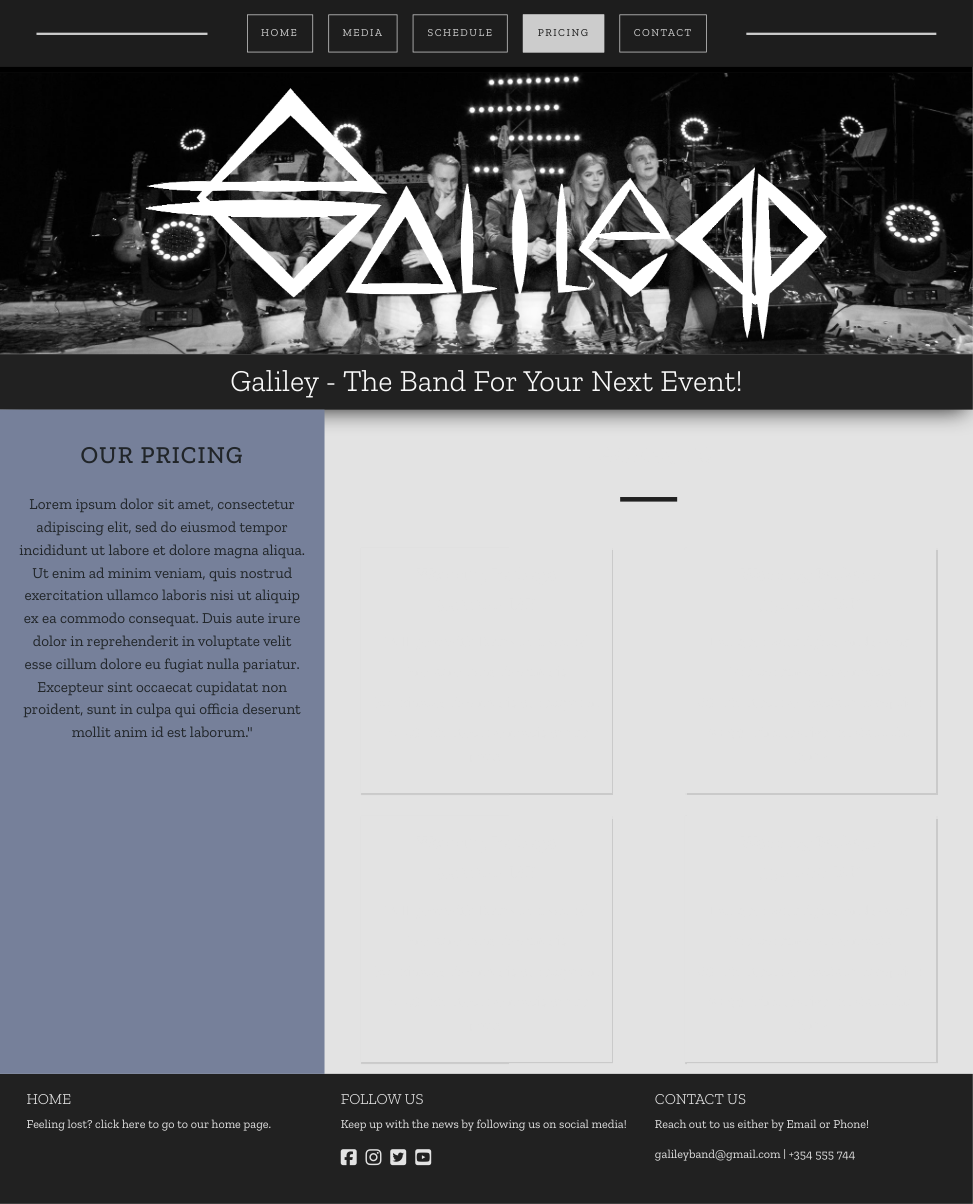
Repository: HeimirDavid/Galiley-Website
Page: pricing.html
The author's editor kept a record of every edit. The page is drawn from the files as they stood at one moment, then again after the next edit.
The browser window is 1280 px wide. The pictures show the whole page, at 76% of full size.
Some web libraries are served in a nearby version.

Above is the page before.

### pricing.html
<!DOCTYPE html>
<html lang="en">

<head>
    <meta charset="UTF-8">
    <meta name="viewport" content="width=device-width, initial-scale=1.0">
    <meta http-equiv="X-UA-Compatible" content="ie=edge">

    <link rel="stylesheet" href="https://stackpath.bootstrapcdn.com/bootstrap/4.3.1/css/bootstrap.min.css" integrity="sha384-ggOyR0iXCbMQv3Xipma34MD+dH/1fQ784/j6cY/iJTQUOhcWr7x9JvoRxT2MZw1T" crossorigin="anonymous">
    <link rel="stylesheet" href="https://cdnjs.cloudflare.com/ajax/libs/hover.css/2.3.1/css/hover-min.css" type="text/css" />
    <link rel="stylesheet" href="assets/css/style.css" type="text/css" />

    <script src="https://code.jquery.com/jquery-3.3.1.slim.min.js" integrity="sha384-q8i/X+965DzO0rT7abK41JStQIAqVgRVzpbzo5smXKp4YfRvH+8abtTE1Pi6jizo" crossorigin="anonymous"></script>
    <script src="https://cdnjs.cloudflare.com/ajax/libs/popper.js/1.14.7/umd/popper.min.js" integrity="sha384-UO2eT0CpHqdSJQ6hJty5KVphtPhzWj9WO1clHTMGa3JDZwrnQq4sF86dIHNDz0W1" crossorigin="anonymous"></script>
    <script src="https://stackpath.bootstrapcdn.com/bootstrap/4.3.1/js/bootstrap.min.js" integrity="sha384-JjSmVgyd0p3pXB1rRibZUAYoIIy6OrQ6VrjIEaFf/nJGzIxFDsf4x0xIM+B07jRM" crossorigin="anonymous"></script>
    <script src="https://kit.fontawesome.com/2ea8c5e5d2.js" crossorigin="anonymous"></script>

    <title>Galiley</title>
</head>

<body>
    <header>
        <!------ Header Navigation Menu, Mainly written with bootstrap  ------>
        <div class="row no-gutters">
            <div class="col black-container">
                <nav class="navbar fixed-top navbar-expand-md navbar-dark bg-dark" id="navbar-black-color"> <!-- Navbar position with help of this  -->
                    <a class="navbar-brand" href="index.html">Galiley - Home</a>                            <!-- tutorial: https://www.youtube.com/watch?v=NzjU1GmKosQ&t=90s  -->
                    <button class="navbar-toggler" type="button" data-toggle="collapse" data-target="#navbarSupportedContent" aria-controls="navbarSupportedContent" aria-expanded="false" aria-label="Toggle navigation">
                    <span class="navbar-toggler-icon"></span></button>
                    <div class="collapse navbar-collapse" id="navbarSupportedContent">
                        <ul class="navbar-nav m-auto">
                            <li class="nav-item menuitem">
                                <a class="nav-link" href="index.html"><span>Home</span></a>
                            </li>
                            <li class="nav-item menuitem">
                                <a class="nav-link" href="media.html"><span>Media</span></a>
                            </li>
                            <li class="nav-item menuitem">
                                <a class="nav-link" href="schedule.html"><span>Schedule</span></a>
                            </li>
                            <li class="nav-item menuitem active-item">
                                <a class="nav-link" href="pricing.html"><span>Pricing</span></a>
                            </li>
                            <li class="nav-item menuitem">
                                <a class="nav-link" href="contact.html"><span>Contact</span></a>
                            </li>
                        </ul>
                    </div>
                </nav>
            </div>
        </div>

        <!------ Header Logo Image ------>
        <div class="logo-container">
            <div class="row no-gutters">
                <div class="col header-background-img">
                    <a href="#">
                    <img class="logo-white" src="assets/images/galiley_vit.png">
                </a>
                </div>
            </div>
        </div>

        <!------ Header Text  ------>
        <div class="row no-gutters">
            <div class="col h1-heading">
                <h1>Galiley - The Band For Your Next Event!</h1>
            </div>
        </div>
    </header>

    <section class="container-fluid">
        <div class="row no-gutters">
            <div class="col-md-4">
                <div class="col-12 grey-blue text-center pricing-col">
                    <h2 class="header-h2 uppercase">Our Pricing</h2>
                    <p class="p-text">Lorem ipsum dolor sit amet, consectetur adipiscing elit, sed do eiusmod tempor incididunt
                    ut labore et dolore magna aliqua. Ut enim ad minim veniam, quis nostrud exercitation ullamco
                    laboris nisi ut aliquip ex ea commodo consequat. Duis aute irure dolor in reprehenderit in
                    voluptate velit esse cillum dolore eu fugiat nulla pariatur. Excepteur sint occaecat cupidatat
                    non proident, sunt in culpa qui officia deserunt mollit anim id est laborum."</p>
                </div>
            </div>
            <div class="col-md-8">
                <div class="row package-header-row">
                    <div class="col text-center">
                        <h2 class="header-h2 uppercase">Packages</h2>
                        <hr class="block-devider">
                    </div>
                </div>
                <div class="row package-row">
                    <div class="col-10 offset-1 offset-sm-0 col-sm-4 col-md-6 d-flex justify-content-center">
                        <div class="col-10 text-center p-text package-cards">
                            <h4 class="header-h4">Wedding Package</h4>
                            <h5 class="header-h5">350.000 ISK</h5>
                            <ul>
                                <li>Full gear with lights and sound</li>
                                <li>Pre-ceremony live music</li>
                                <li>60 minutes live music at reception</li>
                                <li>2x 90 minutes live music at the party</li>
                            </ul>
                        </div>
                    </div>
                    <div class="col-10 offset-1 offset-sm-0 col-sm-4 col-md-6 d-flex justify-content-center">
                        <div class="col-10 text-center p-text package-cards">
                            <h4 class="header-h4">Wedding Package</h4>
                            <h5 class="header-h5">350.000 ISK</h5>
                            <ul>
                                <li>Full gear with lights and sound</li>
                                <li>Pre-ceremony live music</li>
                                <li>60 minutes live music at reception</li>
                                <li>2x 90 minutes live music at the party</li>
                            </ul>
                        </div>
                    </div>
                    <div class="col-10 offset-1 offset-sm-0 col-sm-4 col-md-6 d-flex justify-content-center">
                        <div class="col-10 text-center p-text package-cards">
                            <h4 class="header-h4">Wedding Package</h4>
                            <h5 class="header-h5">350.000 ISK</h5>
                            <ul>
                                <li>Full gear with lights and sound</li>
                                <li>Pre-ceremony live music</li>
                                <li>60 minutes live music at reception</li>
                                <li>2x 90 minutes live music at the party</li>
                            </ul>
                        </div>
                    </div>
                    <div class="col-10 offset-1 offset-sm-0 col-sm-4 col-md-6 d-flex justify-content-center">
                        <div class="col-10 text-center p-text package-cards">
                            <h4 class="header-h4">Wedding Package</h4>
                            <h5 class="header-h5">350.000 ISK</h5>
                            <ul>
                                <li>Full gear with lights and sound</li>
                                <li>Pre-ceremony live music</li>
                                <li>60 minutes live music at reception</li>
                                <li>2x 90 minutes live music at the party</li>
                            </ul>
                        </div>
                    </div>
                </div>
            </div>
        </div>
    </section>

    <footer>        <!------ Footer section, Mainly structured and written with the help from CI tutorials from the Resume-Project.
                             Since i liked the design and strucure and felt that it fits well within this project. ------>
        <div class="container-fluid">
            <div class="row" id="footer-details">
                <div class="col-sm-4">
                    <h5 class="uppercase footer-heading">
                        <a href="index.html" class="footer-links">Home</a>
                    </h5>
                    <p class="inline-block">Feeling lost? click here to go to our home page.</p>
                </div>

                <div class="col-sm-4">
                    <h5 class="uppercase footer-heading">Follow Us</h5>
                    <p class="inline-block">Keep up with the news by following us on social media!</p>
                    <ul class="list-inline social-media-links">
                        <li class="list-inline-item">
                            <a class="footer-links" target="_blank" href="https://www.facebook.com/GalileyBand/">
                                <i class="fab fa-facebook-square"></i>
                                <span class="sr-only">Facebook</span>
                            </a>
                        </li>
                        <li class="list-inline-item">
                            <a class="footer-links" target="_blank" href="#">
                                <i class="fab fa-instagram"></i>
                                <span class="sr-only">Instagram</span>
                            </a>
                        </li>
                        <li class="list-inline-item">
                            <a class="footer-links" target="_blank" href="#">
                                <i class="fab fa-twitter-square"></i>
                                <span class="sr-only">Twitter</span>
                            </a>
                        </li>
                        <li class="list-inline-item">
                            <a class="footer-links" target="_blank" href="#">
                                <i class="fab fa-youtube-square"></i>
                                <span class="sr-only">Youtube</span>
                            </a>
                        </li>
                    </ul>
                </div>

                <div class="col-sm-4">
                    <h5 class="uppercase footer-heading">Contact Us</h5>
                    <p class="inline-block">Reach out to us either by Email or Phone!</p>
                    <p>galileyband@gmail.com | +354 555 744</p>
                </div>
            </div>
        </div>
    </footer>
</body>

</html>

### assets/css/style.css
@import url('https://fonts.googleapis.com/css?family=Zilla+Slab:300,400,500,600,700&display=swap');

html {
    scroll-behavior: smooth;
}

body {
    font-family: 'Zilla Slab', serif;
    background-color: #e3e3e3;
    overflow-x: hidden;
}

/*--------------------------------- Colour */

.green-color {
    background-color: #35af7e;
}

.grey-color {
    background-color: #c5c5c5;
}

.grey-blue {
    background-color: #76809a;
}
/*------------------------------- Special padding/margins/text */

h1, h2, h3, h4, h5 {
    margin: 0;
}

.uppercase {
    text-transform: uppercase;
}

.inline-block {
    display: inline-block;
}

.block-devider {
    width: 75px;
    height: 5px;
    background-color: #212121;
}

.block-devider-white {
    width: 75px;
    height: 5px;
    background-color: #e3e3e3;
}

.text-center {
    text-align: center;
}

.item-center {
    item-align: center;
}

.gotop-col {
    padding: 20px;
}

.gotopbtn {
    text-align: center;
    text-decoration: none;
    color: #212121;
    font-size: 1.5em;
    margin: 20px 20px;
    transition: ease-in-out 0.3s;
    -moz-transition: ease-in-out 0.3s;
    -webkit-transition: ease-in-out 0.3s;
    -o-transition: ease-in-out 0.3s;
}

.gotopbtn:hover {
    color: #a5a5a5;
    text-decoration: none;
}

.container-fluid {
    padding: 0;
}

.row {
    margin-right: 0;
    margin-left: 0;
}

/*--------------------------------- Headings text styles */

.header-h2 {
    font-weight: 500;
    padding: 10px 10px 20px 10px;
    letter-spacing: 1.5px;
}

.header-h3

.header-h4 {
    font-weight: 400;
    letter-spacing: 0.8px;
    font-size: 28px;
    padding: 10px;
}

.header-h5 {
    font-weight: 400;
    font-size: 24px;
    letter-spacing: 0.8px;
    padding: 10px;
}

/*--------------------------------- Navbar/Menu */

.navbar {
    opacity: 0.9;
    text-align: center;
    padding-bottom: 1.2em;
}

.menuitem {
    height: 50px;
    text-align: center;
    padding-left: 10px;
    padding-right: 10px;
    margin: 0px 10px 0px 10px;
    border: 1px solid #e3e3e3;
    transition: ease-in-out 0.3s;
    -moz-transition: ease-in-out 0.3s;
    -webkit-transition: ease-in-out 0.3s;
    -o-transition: ease-in-out 0.3s;
}

.menuitem a {
    width: 100%;
    text-decoration: none;
    color: #e3e3e3;
}

.menuitem a i {
    padding-top: 22px;
    display: block;
    color: #e3e3e3;
    font-size: 26px;
}

.menuitem span {
    display: block;
    width: 100%;
    padding-top: 5px;
    text-align: center;
    text-transform: uppercase;
    font-size: 14px;
    font-weight: 400;
    letter-spacing: 2px;
    transition: ease-in-out 0.3s;
    -moz-transition: ease-in-out 0.3s;
    -webkit-transition: ease-in-out 0.3s;
    -o-transition: ease-in-out 0.3s;
    color: #e3e3e3;

}

.menuitem:hover {
    background-color: #e3e3e3;
}

.menuitem:hover.menuitem span {
    color: #212121;
}

.navbar::before,     /* Before and After used from inspiration of this tutorial: https://www.youtube.com/watch?v=zGiirUiWslI   */
.navbar::after {
    content: "";
    margin-left: 2em;
    margin-right: 2em;
    width: 18%;
    height: 0.2em;
    background-color: #e3e3e3;
}

.navbar-nav .active-item span {
    color: #212121;
}

.navbar-nav .active-item {
    background-color: #e3e3e3;
}

.navbar::after {
    width: 20%;
}

.fixed-top {
    padding-top: 1.2em;
}

.navbar-brand {
    display: none;
}

#navbar-black-color {
    background-color: #212121!important;
}




/*--------------------------------- Header */

.black-container {
    position: relative;
    top: 0;
    left: 0;
    width: 100%;
    height:6em;
    background-color: #000;
}

.h1-heading {
    color: #fafafa;
    padding: 10px 0px 15px 0px;
    text-align: center;
    background-color: #212121;
    box-shadow: 0px 10px 30px -10px #212121;
}

.h1-heading h1 {
    font-weight: 300;
}

.header-background-img {
    display: block;
    background-image: url("../images/galiley_diddi.jpg");
    padding: 20px;
    background-size: cover;
}

/*
.logo-container {
    margin-top: 7%;
}
*/

.logo-white {
    opacity: 1.9;
    display: block;
    margin-left: auto;
    margin-right: auto;
    width: 70%;
}

/*--------------------------------- Footer */

footer {
    background-color: #212121;
    color: #e3e3e3;
    min-height: 100px;
    margin: 0;
}

.footer-heading {
    font-weight: 300;
    text-decoration: none;
    margin-bottom: 10px;
}

.footer-heading a {
    transition: ease-in-out 0.3s;
    -moz-transition: ease-in-out 0.3s;
    -webkit-transition: ease-in-out 0.3s;
    -o-transition: ease-in-out 0.3s;
}

.footer-heading a:hover {
    color: #a5a5a5;
    text-decoration: none;
}

.footer-links {
    color: #e3e3e3;
}

.social-media-links {
    padding-bottom: 10px;
}

.social-media-links li a i {
    font-size: x-large;
    padding: 10px 0px;
    line-height: 10px;
    transition: ease-in-out 0.3s;
    -moz-transition: ease-in-out 0.3s;
    -webkit-transition: ease-in-out 0.3s;
    -o-transition: ease-in-out 0.3s;
}

.social-media-links li a i:hover {
    color: #35af7e;
}

#footer-details {
    padding: 20px;
}

/*--------------------------------- About - Section / What we offer - Section */

.about-offer-row {
    padding: 20px 0px;
}

.p-text {
    font-size: 20px;
    padding: 10px 10px 20px 10px;
}

.about-row {
    padding: 60px 10px 20px 10px;
}

.offer-card {
    background-color: #212121;
    color: #e3e3e3;
    padding: 20px;
    margin-bottom: 45px;
    box-shadow: 3px 3px 15px 0px #000;
    opacity: 0.9;
}

/*--------------------------------- Reviews - section */

.review-header {
    background-color: #212121;
    color: #fafafa;
    padding: 10px 0px 15px 0px;
    text-align: center;
    box-shadow: 0px 1px 10px 1px #212121;
}

.review-header h2 {
    font-weight: 300;
}

.review-cards {
    background-color: #212121;
    color: #e3e3e3;
    opacity: 0.9;
    max-width: 250px;
    padding: 20px;
    margin: 30px;
    margin-right: auto;
    margin-left: auto;
    text-align: center;
    border-radius: 10px;
    box-shadow: 5px 5px 15px 0px #212121;
}

.cards-header {
    font-weight: 300;
    letter-spacing: 0.8px;
    margin-bottom: 15px;
}

.review-p {
    font-size: 18px;
    font-weight: 200;
    letter-spacing: 0.8px;
}

/*--------------------------------- Setlist Section / Video Section */

.spotify-header-row {
    background-color: #35af7e;
}

.media-header {
    padding: 20px;
    font-weight: 300;
    font-size: 38px;
}

.spotify-row {
    margin-bottom: 40px;
}

.setlist-header-col {
    color: #000;
    padding: 30px;
}

.media-h4 {
    font-weight: 300;
    font-size: 30px;
    padding: 10px;
}

.media-p {
    font-size: 22px;
    font-weight: 300;
}

.spotify-col {
    color: #e3e3e3;
    background-color: rgba(0, 0, 0, 0.5);
    margin: auto;
    margin-top: 20px;
    padding: 20px 10px 0px 10px;
    max-width: 300px;
    border-radius: 12px;
    border-radius: 10px;
    box-shadow: 5px 5px 15px 0px #212121;
}

.spotify-col::before {
    content: "";
    top: 0;
    left: 0;
    background-color: #212121;
    height: 100px;
    width: 1em;
}

.spotify-player {
    opacity: .96;
}

.video-header-col {
    background-color: #212121;
    color: #e3e3e3;
    padding: 20px 0px;
    box-shadow: 0px 10px 30px -10px #212121;
}

.youtube-col {
    padding: 10px;
}

.youtube-container {  /*   Code copied to make youtube player responsive. Source: https://avexdesigns.com/responsive-youtube-embed/    */
position: relative;
padding-bottom: 56.25%;
padding-top: 30px; height: 0; overflow: hidden;
}

.youtube-container iframe,
.youtube-container object,
.youtube-container embed {
position: absolute;
top: 0;
left: 0;
width: 100%;
height: 100%;
}

/*--------------------------------- Pricing */

.pricing-col {
    padding-top: 30px;
    height: 100%;
}

.package-header-row {
    padding-top: 30px;
    color: #e3e3e3;
}

.package-row {
    padding-top: 30px;
    color: #e3e3e3;
}

.package-cards {
    box-shadow: 1px 1px 1px 1px #cacaca;
    padding: 20px 10px;
    margin-top: 15px;
    margin-bottom: 15px;
}

.package-cards ul {
    list-style: none;
    padding:0;
}

.package-cards ul li {
        margin: 10px 0px;
}
/*--------------------------------- Media Queries */

@media (max-width: 767px) {
    .navbar::before,
    .navbar::after {
        display: none;
    }

    .navbar-brand {
        display: block;
    }

    .fixed-top {
        padding: 1em;
    }

    .reviews-container {
        background-color: #e3e3e3;
    }

    .reviews-container {
        background: #e3e3e3;
    }
}

@media (min-width: 767px) {

    /* Images use and fixed image website layout inspiried by this tutorial: https://www.youtube.com/watch?v=PWoOpJtkyjI */
    #about-image { /* Image from unsplash taken by Luca Baggio */
        background-image: url("../images/about-background.jpg");
        background-attachment: fixed;
        background-size: cover;
        height: 120vh;
        width: 100%;
    }

    #spotify-background-img {
        background-image: url("../images/spotify-background-img.jpg");
        background-attachment: fixed;
        background-size: cover;
        height: 120vh;
        width: 100%;
    }

    #offer-image {
        background-image: url("../images/galiley-offer.jpg");
        background-attachment: scroll;
        background-size: cover;
        height: 100%;
        width: 100%;
        box-shadow: 0px -3px 7px 0px;
    }

    #packages-img {
        background-image: url("../images/packages-img.jpg");
        background-attachment: scroll;
        background-size: cover;
        height: 100%;
        width: 100%;
    }

    .green-black-img {
        background-image: url("../images/setlist-background.png");
        background-attachment: fixed;
        background-size: cover;
        box-shadow: 0px -3px 7px 0px;
    }

    .about-offer-row {
    padding: 60px 10px 20px 10px;
    }

    .youtube-row {
        padding-top: 50px;
    }

    .youtube-col {
        padding: 10px 100px;
    }
}

@media (min-width: 767px) and (max-width: 1000px) {
    #about-image {
        background-image: url("../images/about-background.jpg");
        background-attachment: fixed;
        background-size: cover;
        height: 200vh;
        width: 100%;
    }

        #spotify-background-img {
        background-image: url("../images/spotify-background-img.jpg");
        background-attachment: fixed;
        background-size: cover;
        height: 250vh;
        width: 100%;
    }
}

@media (max-width: 576px) {
    /* To get rid of padding and margin to link up "Offer section" and "reviews section" in mobile view */
    .about-offer-row {
    padding-top: 20px;
    }

    .offer-card {
        margin: 0;
    }
}

After the next edit:
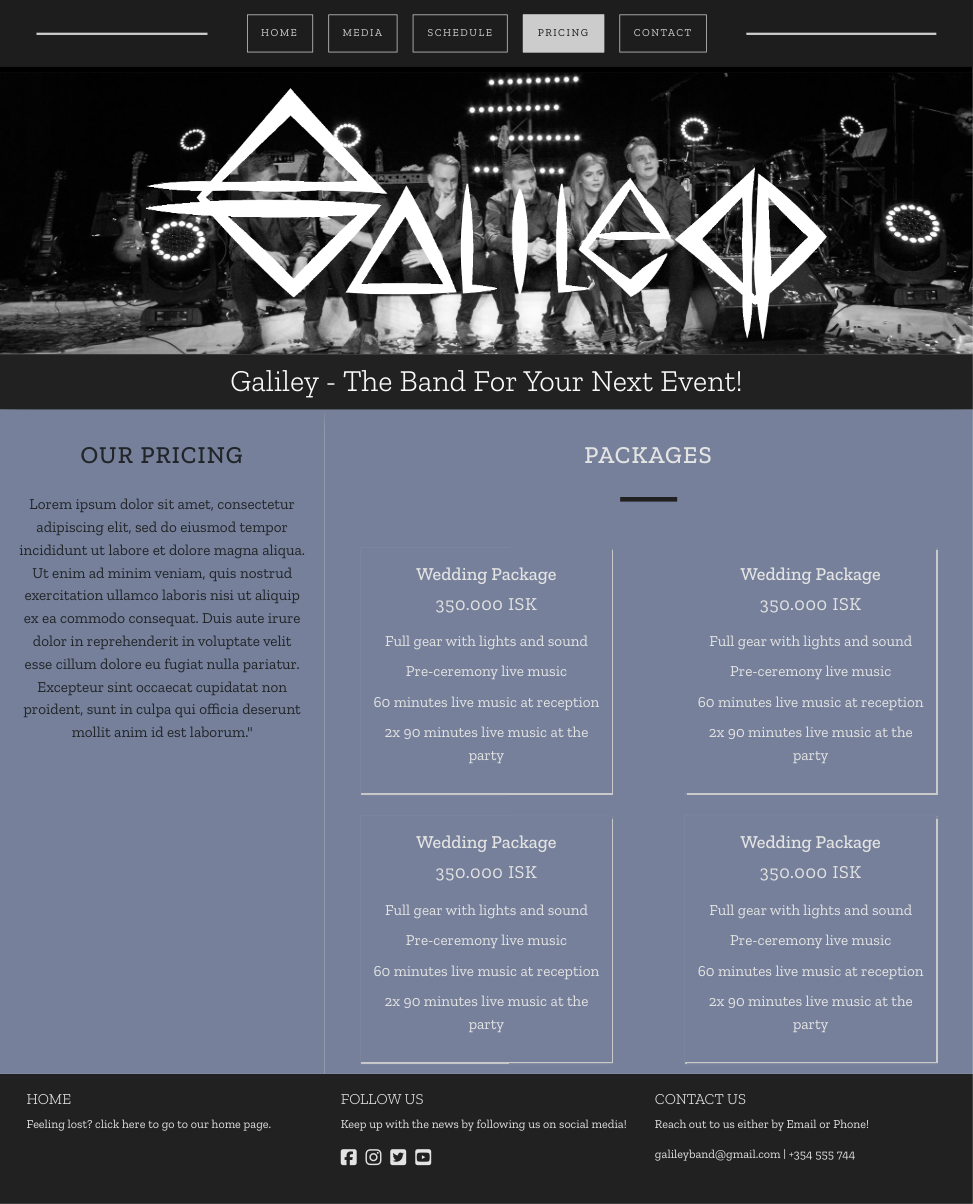
The edit:
--- a/pricing.html
+++ b/pricing.html
@@ -81,7 +81,7 @@
                     non proident, sunt in culpa qui officia deserunt mollit anim id est laborum."</p>
                 </div>
             </div>
-            <div class="col-md-8">
+            <div class="col-md-8 grey-blue">
                 <div class="row package-header-row">
                     <div class="col text-center">
                         <h2 class="header-h2 uppercase">Packages</h2>
